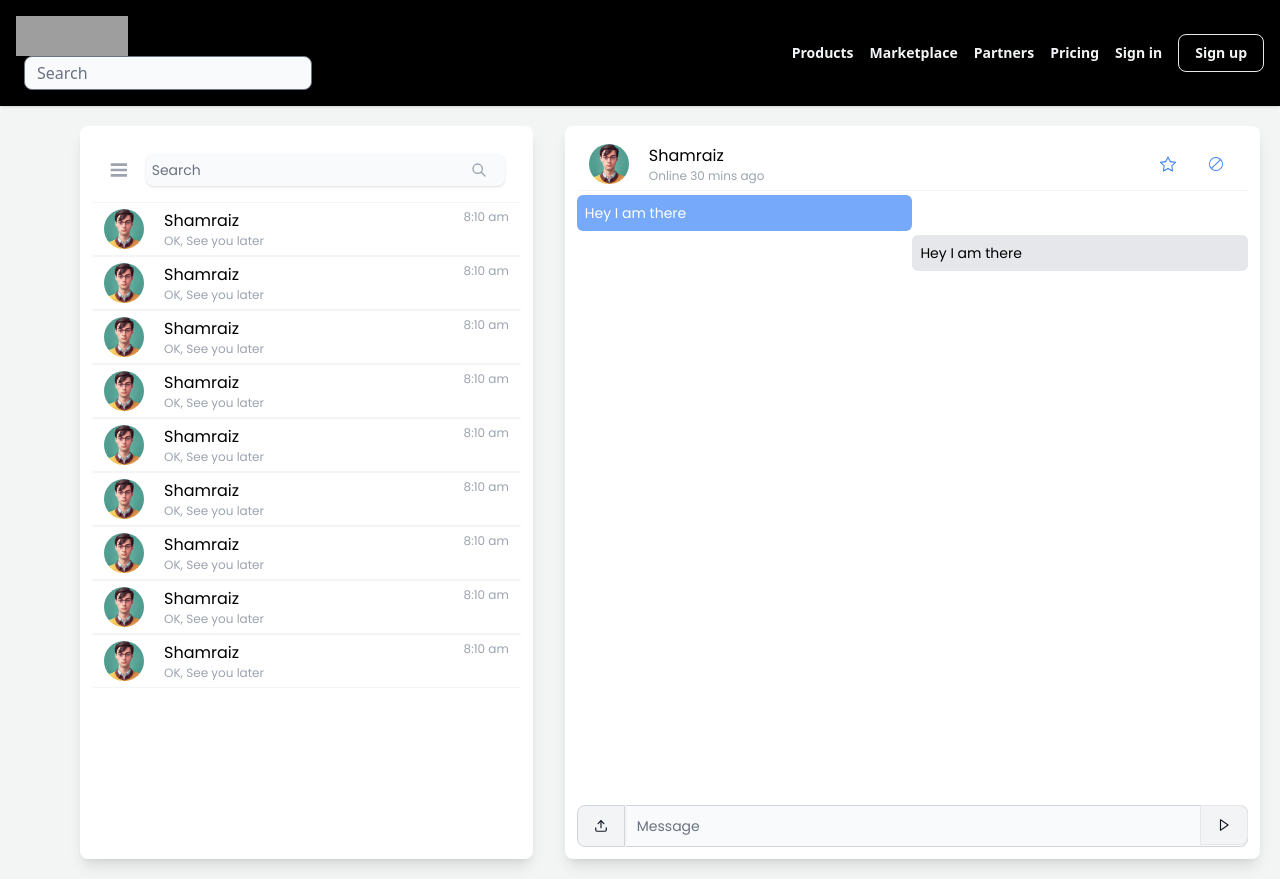
Repository: Shamraiz761/Frontend-Assessment
Page: /chat
The author's editor kept a copy of each file at every save. The page is drawn from the files as they stood at one save, then again after the next save.
The browser window is 1280 px wide. The pictures show the whole page.
Pictures or frames that could not be fetched are drawn as grey boxes. The project was rebuilt for these pictures with package versions that can differ from the ones it lists, and the page was loaded fresh each time. Also part of the build but not shown: vite.config.js, src/routes/index.css, src/routes/root.jsx, src/pages/orders/index.jsx, src/pages/submission/index.jsx, src/pages/admin/index.css, src/components/admin/card.jsx, src/components/admin/addCard.jsx and 4 more. Imported but missing from the stored project, and not drawn on this page: src/pages/auth/login, src/pages/tasks, src/routes/profileLayout.

Above is the page before, as saved 2023-07-06 13:56:09.

### src/main.jsx
import ReactDOM from 'react-dom/client'

import React from 'react'

import App from './App.jsx'
import './index.css'

ReactDOM.createRoot(document.getElementById('root')).render(
  <React.StrictMode>
    <App />
  </React.StrictMode>,
)

### src/App.jsx
import React from 'react'
import { DndProvider } from 'react-dnd'
import { HTML5Backend } from 'react-dnd-html5-backend'
import 'flowbite'

import AppRoutes from './routes'

export default function App() {
  return (
    <DndProvider backend={HTML5Backend}>
      <AppRoutes />
    </DndProvider>
  )
}

### src/index.css
@import url("https://fonts.googleapis.com/css2?family=Poppins:wght@400;500;600;700;800;900&display=swap");

@tailwind base;
@tailwind components;
@tailwind utilities;

* {
  margin: 0;
  padding: 0;
}

body {
  margin: 0;
  font-family: "Poppins", -apple-system, BlinkMacSystemFont, "Segoe UI",
    "Roboto", "Oxygen", "Ubuntu", "Cantarell", "Fira Sans", "Droid Sans",
    "Helvetica Neue", sans-serif;
  -webkit-font-smoothing: antialiased;
  -moz-osx-font-smoothing: grayscale;
  width: 100vw;
  overflow-x: hidden;
  background-color: #f2f5f3;
  /* background: linear-gradient(180deg, #faefe8 0%, #edc7ac 100%); */
}

code {
  font-family: source-code-pro, Menlo, Monaco, Consolas, "Courier New",
    monospace;
}

.pointer-cursor {
  cursor: pointer;
}

.cusBorder {
  border: 1px solid #000;
  border-radius: 5px;
}

img {
  cursor: pointer;
}
.errors {
  color: #dc3545;
  padding: 0;
  margin: 0;
  font-size: 12px;
}
.loader {
  position: fixed;
  top: 0;
  bottom: 0;
  left: 0;
  right: 0;
  background-color: rgba(47, 151, 161, 0.32);

  display: flex;
  justify-content: center;
  align-items: center;
}

.link {
  color: #000;
  cursor: pointer;
  text-decoration: none;
}
.link:hover {
  color: #000;
}

.trans-btn {
  background-color: transparent;
  border: none;
}
.profile-logout-btn {
  border: 0;
}
.profile-logout-btn:hover {
  border: 0;
}
.profile-btn {
  border-radius: 0;
  border: 0;
}
.logout-btn {
  border-radius: 0;
  border: 0;
}
.logout-btn:hover {
  background-color: rgba(220, 53, 69, 0.5);
  border: 0;
  color: #fff;
}
.breadcrumbs ul {
  list-style: none;
  display: inline-block;
}

.breadcrumbs ul li {
  display: inline;
}

.breadcrumbs ul li .bc-link {
  /* display: block; */
  width: max-content;
  background-color: #f8f9fa;
  padding: 6px 15px 6px 25px;
  text-align: center;
  position: relative;
  margin: 0 10px 0 0;
  font-size: 15px;
  text-decoration: none;
  color: #000;
}
.breadcrumbs ul li .bc-link::after {
  content: "";
  border-top: 17px solid transparent;
  border-bottom: 17px solid transparent;
  border-left: 17px solid #f8f9fa;
  position: absolute;
  top: 0;
  right: -17px;
  z-index: 1;
}
.breadcrumbs ul li .bc-link::before {
  content: "";
  border-top: 17px solid transparent;
  border-bottom: 17px solid transparent;
  border-left: 17px solid #71cdd5;
  position: absolute;
  top: 0;
  left: 0;
}
.breadcrumbs ul li:first-child .bc-link {
  border-top-left-radius: 5px;
  border-bottom-left-radius: 5px;
}
.breadcrumbs ul li:first-child .bc-link::before {
  display: none;
}

.breadcrumbs ul li:last-child .bc-link {
  padding-right: 20px;
  border-top-right-radius: 5px;
  border-bottom-right-radius: 5px;
}
.breadcrumbs ul li:last-child .bc-link::after {
  display: none;
}

@media screen and (max-width: 500px) {
  .breadcrumbs ul li .bc-link {
    /* display: block; */
    padding: 2px 2px 2px 13px;
    /* margin: 0 10px 0 0; */
    font-size: 14px;
  }

  .breadcrumbs ul li .bc-link::after {
    content: "";
    border-top: 11.6px solid transparent;
    border-bottom: 11.6px solid transparent;
    border-left: 11.6px solid #f8f9fa;
    position: absolute;
    top: 0;
    right: -11.6px;
    z-index: 1;
  }
  .breadcrumbs ul li .bc-link::before {
    content: "";
    border-top: 11.6px solid transparent;
    border-bottom: 11.6px solid transparent;
    border-left: 11.6px solid #71cdd5;
    position: absolute;
    top: 0;
    left: 0;
  }
  .breadcrumbs ul li:last-child .bc-link {
    padding-right: 5px;
  }
}

@media screen and (max-width: 350px) {
  .breadcrumbs ul li .bc-link {
    /* display: block; */
    padding: 2px 2px 2px 12px;
    /* margin: 0 10px 0 0; */
    font-size: 10px;
  }

  .breadcrumbs ul li .bc-link::after {
    content: "";
    border-top: 9px solid transparent;
    border-bottom: 9px solid transparent;
    border-left: 9px solid #f8f9fa;
    position: absolute;
    top: 0;
    right: -9px;
    z-index: 1;
  }
  .breadcrumbs ul li .bc-link::before {
    content: "";
    border-top: 9px solid transparent;
    border-bottom: 9px solid transparent;
    border-left: 9px solid #edc7ac;
    position: absolute;
    top: 0;
    left: 0;
  }
  .breadcrumbs ul li:last-child .bc-link {
    padding-right: 5px;
  }
}

/* ********************************************** */

### src/routes/index.jsx
import {
  createBrowserRouter,
  createRoutesFromElements,
  RouterProvider,
  Route,
} from "react-router-dom";

import * as React from "react";

import Layout from "./layout";
import Root from "./root";

import Login from "../pages/auth/login";
import Chat from "../pages/chat";
import UserChat from "../components/chat/userChat";
import ProfileLayout from "./profileLayout";
import Tasks from "../pages/tasks";
import Orders from "../pages/orders";
import Submission from "../pages/submission";
import Admin from "../pages/admin";
import MarketPlace from "../pages/marketplace";
import View from "../pages/view";

export default function AppRoutes() {
  const router = createBrowserRouter(
    createRoutesFromElements(
      <Route>
        <Route path="/login" element={<Login />} />

        <Route element={<Layout />}>
          <Route path="/chat" element={<Chat />}>
            <Route path="userchat" element={<UserChat />} />
          </Route>
          <Route path="/marketplace" element={<MarketPlace />} />
          <Route path="/view" element={<View />} />

          <Route path={"/"} element={<ProfileLayout />}>
            {/* Add Task order payment submit route here */}
            <Route path="/admin" element={<Admin />} />
            <Route path="/" element={<Tasks />} />
            <Route path="/orders" element={<Orders />} />
            <Route path="/tasks" element={<Tasks />} />
            <Route path="/submission" element={<Submission />} />
          </Route>
        </Route>
      </Route>
    )
  );

  return <RouterProvider router={router} />;
}

### src/routes/layout.jsx
import { Link, Outlet, useLocation, useNavigate } from "react-router-dom";
import { Gi3DGlasses } from "react-icons/gi";
import { CgProfile } from "react-icons/cg";
import { BsArrowLeft, BsFillChatSquareTextFill } from "react-icons/bs";
import { MdOutlineDashboard, MdOutlineCastForEducation } from "react-icons/md";
import "./index.css";

import React, { useState } from "react";
import Header from "../components/header/index";

export default function Layout() {
  const [open, setOpen] = useState(false);
  const [type, setType] = useState(false);
  const navigate = useNavigate();

  const { pathname } = useLocation();

  const sc =
    "rounded-md text-xs flex items-center gap-x-4 cursor-pointer bg-gray-50 text-blue-500 py-4 p-2";
  const uc =
    "rounded-md text-gray-500  text-xs flex items-center gap-x-4 cursor-pointer hover:bg-gray-50 hover:text-blue-500 py-4 p-2";

  return (
    <div>
      <Header />

      <div className={`${open ? "ml-56" : "ml-[60px]"}`}>
        <Outlet />
      </div>
    </div>
  );
}

### src/pages/chat/index.jsx
import { VscThreeBars } from "react-icons/vsc";

import React from "react";

import UserChat from "../../components/chat/userChat";
import ChatsCard from "../../components/chat/chatsCard";

function Chat() {
  return (
    <div className="m-5 grid grid-cols-1 md:grid-cols-5  gap-8 flex-wrap">
      <div className="col-span-1 md:col-span-2 p-3 bg-white rounded-lg shadow-lg min-h-screen">
        <form className="m-4">
          <div className="flex items-center">
            <VscThreeBars className=" mr-4   rounded-lg text-gray-400 cursor-pointer text-2xl" />
            <div className="relative w-full  ">
              <input
                type="search"
                id='location-search"'
                className=" p-1.5 w-full focus:ring-gray-300  z-20 text-sm text-gray-200 bg-gray-50 shadow rounded-lg"
                placeholder="Search"
                required
                style={{ border: "none", outline: "none" }}
              />

              <button
                type="submit"
                className="absolute top-0 right-0 p-1.5 text-sm font-medium text-gray-400  rounded-r-lg   "
              >
                <svg
                  aria-hidden="true"
                  className="w-4 h-4 mr-3 mt-0.5"
                  fill="none"
                  stroke="currentColor"
                  viewBox="0 0 24 24"
                  xmlns="http://www.w3.org/2000/svg"
                >
                  <path
                    strokeLinecap="round"
                    strokeLinejoin="round"
                    strokeWidth={2}
                    d="M21 21l-6-6m2-5a7 7 0 11-14 0 7 7 0 0114 0z"
                  />
                </svg>
                <span className="sr-only">Search</span>
              </button>
            </div>
          </div>
        </form>
        <ChatsCard />
        <ChatsCard />
        <ChatsCard />
        <ChatsCard />
        <ChatsCard />
        <ChatsCard />
        <ChatsCard />
        <ChatsCard />
        <ChatsCard />
      </div>

      <UserChat />
    </div>
  );
}

export default Chat;

### src/components/chat/userChat.jsx
import { VscCircleSlash } from "react-icons/vsc";
import { BsStar } from "react-icons/bs";
import { FiUpload } from "react-icons/fi";
import { BiRightArrow } from "react-icons/bi";

import React from "react";

import Profile from "../../assets/images/profilePic.jpg";

function UserChat() {
  return (
    <div className="col-span-1 md:col-span-3 p-3  bg-white rounded-lg shadow-lg overflow-y">
      {" "}
      <div className="flex flex-row  px-3 py-1.5  border-b border-gray-100 rounded-sm ">
        <img src={Profile} className="h-10 w-10 rounded-full" />
        <div className="ml-5 flex flex-row justify-between w-full ">
          <div>
            {" "}
            <h1>Shamraiz</h1>{" "}
            <p className="text-xs font-thin text-gray-400">
              Online 30 mins ago
            </p>
          </div>
          <div className="flex flex-row items-center">
            <BsStar className="text-blue-500 mr-8" />
            <VscCircleSlash className="text-blue-500 mr-3" />
          </div>
        </div>
      </div>
      <div className="chats ">
        <p className="text-sm bg-blue-400 rounded-md my-1 p-2 text-white flex flex-col  justify-end w-1/2">
          Hey I am there
        </p>

        <p className="text-sm bg-gray-200 rounded-md p-2  flex flex-col float-right justify-end w-1/2">
          Hey I am there
        </p>
      </div>
      <div
        className="flex flex-col w-full  justify-end "
        style={{ height: "80vh" }}
      >
        <form className=" ">
          <div className="flex">
            <button
              id="dropdown-button"
              data-dropdown-toggle="dropdown"
              className="flex-shrink-0 z-10 inline-flex items-center py-2.5 px-4 text-sm font-medium text-center text-gray-900 bg-gray-100 border border-gray-300 dark:border-gray-700 dark:text-white rounded-l-lg hover:bg-gray-200  focus:outline-none "
              type="button"
            >
              <FiUpload />
            </button>
            <div
              id="dropdown"
              className="z-10 hidden bg-white divide-y divide-gray-100 rounded-lg shadow w-44 dark:bg-gray-700"
            >
              <ul
                className="py-2 text-sm text-gray-700 dark:text-gray-200"
                aria-labelledby="dropdown-button"
              >
                <li>
                  <a
                    href="#"
                    className="block px-4 py-2 hover:bg-gray-100 dark:hover:bg-gray-600 dark:hover:text-white"
                  >
                    Photo
                  </a>
                </li>
                <li>
                  <a
                    href="#"
                    className="block px-4 py-2 hover:bg-gray-100 dark:hover:bg-gray-600 dark:hover:text-white"
                  >
                    Vedio
                  </a>
                </li>
                <li>
                  <a
                    href="#"
                    className="block px-4 py-2 hover:bg-gray-100 dark:hover:bg-gray-600 dark:hover:text-white"
                  >
                    Document
                  </a>
                </li>
                <li>
                  <a
                    href="#"
                    className="block px-4 py-2 hover:bg-gray-100 dark:hover:bg-gray-600 dark:hover:text-white"
                  >
                    Finance
                  </a>
                </li>
              </ul>
            </div>
            <div className="relative w-full">
              <input
                type="search"
                id="search-dropdown"
                className="block p-2.5 w-full z-20 text-sm text-gray-900 bg-gray-50 rounded-r-lg border-l-gray-100 border-l-2 border border-gray-300 focus:ring-blue-500 focus:border-blue-500 dark:bg-gray-700 dark:border-gray-600 dark:placeholder-gray-400 dark:text-white dark:focus:border-blue-500"
                placeholder="Message"
              />
              <button
                type="submit"
                className="absolute top-0 right-0 z-10 py-3 px-4 text-sm font-medium text-gray-900 bg-gray-100 rounded-r-lg border "
              >
                <BiRightArrow />
              </button>
            </div>
          </div>
        </form>
      </div>
    </div>
  );
}

export default UserChat;

### src/components/header/index.jsx
import { IoIosNotifications } from "react-icons/io";
import { Dropdown } from "flowbite-react";
import { CgProfile } from "react-icons/cg";

import React from "react";
import { Link } from "react-router-dom";

function Header() {
  const [notification, setNotification] = React.useState(false);
  const [profile, setProfile] = React.useState(false);

  return (
    <div>
      {/* component */}

      <div class="bg-gray-100 font-sans w-full  m-0">
        <div class="bg-black text-white shadow">
          <div class="container mx-auto px-4">
            <div class="flex items-center justify-between py-4">
              <div>
                <img
                  src="https://envoycan.com/wp-content/uploads/2023/06/Asset-31@4x-e1686576126889.png"
                  class="w-28 h-10 text-white"
                  viewBox="0 0 24 24"
                />

                <div className="hidden sm:block flex-shrink flex-grow-0 justify-start px-2">
                  <div className="inline-block">
                    <div className="inline-flex items-center max-w-full">
                      <input
                        className="flex items-center text-gray-400 bg-slate-50 justify-between  flex-grow-0  relative w-72 border rounded-lg  py-1"
                        type="search"
                        placeholder="Search"
                      />

                      <div className="flex items-center justify-center relative  h-8 w-24 rounded-full"></div>
                    </div>
                  </div>
                </div>
              </div>

              <div className="flex flex-row">
                <div class="hidden sm:flex sm:items-center mr-4">
                  <a
                    href="#"
                    class="text-gray-100 text-sm font-semibold hover:text-purple-600 mr-4"
                  >
                    Products
                  </a>
                  <a
                    href="#"
                    class="text-gray-100 text-sm font-semibold hover:text-purple-600 mr-4"
                  >
                    Marketplace
                  </a>
                  <a
                    href="#"
                    class="text-gray-100 text-sm font-semibold hover:text-purple-600 mr-4"
                  >
                    Partners
                  </a>
                  <a
                    href="#"
                    class="text-gray-100 text-sm font-semibold hover:text-purple-600"
                  >
                    Pricing
                  </a>
                </div>

                <div class="hidden sm:flex sm:items-center">
                  <a
                    href="#"
                    class="text-gray-100 text-sm font-semibold hover:text-purple-600 mr-4"
                  >
                    Sign in
                  </a>
                  <a
                    href="#"
                    class="text-gray-100 text-sm font-semibold border px-4 py-2 rounded-lg hover:text-purple-600 hover:border-purple-600"
                  >
                    Sign up
                  </a>
                </div>
              </div>
              <div class="sm:hidden cursor-pointer">
                <svg
                  xmlns="http://www.w3.org/2000/svg"
                  class="w-6 h-6 text-purple-600"
                  viewBox="0 0 24 24"
                >
                  <path
                    fill="currentColor"
                    d="M12.9499909,17 C12.7183558,18.1411202 11.709479,19 10.5,19 C9.29052104,19 8.28164422,18.1411202 8.05000906,17 L3.5,17 C3.22385763,17 3,16.7761424 3,16.5 C3,16.2238576 3.22385763,16 3.5,16 L8.05000906,16 C8.28164422,14.8588798 9.29052104,14 10.5,14 C11.709479,14 12.7183558,14.8588798 12.9499909,16 L20.5,16 C20.7761424,16 21,16.2238576 21,16.5 C21,16.7761424 20.7761424,17 20.5,17 L12.9499909,17 Z M18.9499909,12 C18.7183558,13.1411202 17.709479,14 16.5,14 C15.290521,14 14.2816442,13.1411202 14.0500091,12 L3.5,12 C3.22385763,12 3,11.7761424 3,11.5 C3,11.2238576 3.22385763,11 3.5,11 L14.0500091,11 C14.2816442,9.85887984 15.290521,9 16.5,9 C17.709479,9 18.7183558,9.85887984 18.9499909,11 L20.5,11 C20.7761424,11 21,11.2238576 21,11.5 C21,11.7761424 20.7761424,12 20.5,12 L18.9499909,12 Z M9.94999094,7 C9.71835578,8.14112016 8.70947896,9 7.5,9 C6.29052104,9 5.28164422,8.14112016 5.05000906,7 L3.5,7 C3.22385763,7 3,6.77614237 3,6.5 C3,6.22385763 3.22385763,6 3.5,6 L5.05000906,6 C5.28164422,4.85887984 6.29052104,4 7.5,4 C8.70947896,4 9.71835578,4.85887984 9.94999094,6 L20.5,6 C20.7761424,6 21,6.22385763 21,6.5 C21,6.77614237 20.7761424,7 20.5,7 L9.94999094,7 Z M7.5,8 C8.32842712,8 9,7.32842712 9,6.5 C9,5.67157288 8.32842712,5 7.5,5 C6.67157288,5 6,5.67157288 6,6.5 C6,7.32842712 6.67157288,8 7.5,8 Z M16.5,13 C17.3284271,13 18,12.3284271 18,11.5 C18,10.6715729 17.3284271,10 16.5,10 C15.6715729,10 15,10.6715729 15,11.5 C15,12.3284271 15.6715729,13 16.5,13 Z M10.5,18 C11.3284271,18 12,17.3284271 12,16.5 C12,15.6715729 11.3284271,15 10.5,15 C9.67157288,15 9,15.6715729 9,16.5 C9,17.3284271 9.67157288,18 10.5,18 Z"
                  />
                </svg>
              </div>
            </div>

            <div class="block sm:hidden bg-white border-t-2 py-2">
              <div class="flex flex-col">
                <a
                  href="#"
                  class="text-gray-100 text-sm font-semibold hover:text-purple-600 mb-1"
                >
                  Products
                </a>
                <a
                  href="#"
                  class="text-gray-100 text-sm font-semibold hover:text-purple-600 mb-1"
                >
                  Marketplace
                </a>
                <a
                  href="#"
                  class="text-gray-100 text-sm font-semibold hover:text-purple-600 mb-1"
                >
                  Partners
                </a>
                <a
                  href="#"
                  class="text-gray-100 text-sm font-semibold hover:text-purple-600 mb-1"
                >
                  Pricing
                </a>
                <div class="flex justify-between items-center border-t-2 pt-2">
                  <a
                    href="#"
                    class="text-gray-100 text-sm font-semibold hover:text-purple-600 mr-4"
                  >
                    Sign in
                  </a>
                  <a
                    href="#"
                    class="text-gray-100 text-sm font-semibold border px-4 py-1 rounded-lg hover:text-purple-600 hover:border-purple-600"
                  >
                    Sign up
                  </a>
                </div>
              </div>
            </div>
          </div>
        </div>
      </div>
    </div>
  );
}

export default Header;

### src/components/chat/chatsCard.jsx
import React from "react";

import Profile from "../../assets/images/profilePic.jpg";

function ChatsCard() {
  return (
    <div className="flex flex-row px-3 py-1.5  border-y border-gray-100 rounded-sm hover:bg-blue-200">
      <img src={Profile} className="h-10 w-10 rounded-full" />
      <div className="ml-5 flex flex-row justify-between w-full ">
        <div>
          {" "}
          <h1>Shamraiz</h1>{" "}
          <p className="text-xs font-thin text-gray-400">OK, See you later</p>
        </div>
        <p className="text-xs font-thin text-gray-400">8:10 am</p>
      </div>
    </div>
  );
}

export default ChatsCard;

### tailwind.config.cjs
const colors = require('tailwindcss/colors');
const defaultTheme = require('tailwindcss/defaultTheme');

module.exports = {
  content: ['./src/**/*.{js,jsx,ts,tsx}', "node_modules/flowbite/**/*.js"],
  theme: {
    extend: {
      colors: {
        // set primary color from figma
        // primary: {
        // },
      },
      fontFamily: {
        poppins: ['Poppins', ...defaultTheme.fontFamily.sans],
      },
      fontSize: {
        xxs: '0.5rem',
      },
    },
  },
  plugins: [
    require('flowbite/plugin')
  ],

};

Loaded but not shown: index.html (common file)

After the next save:
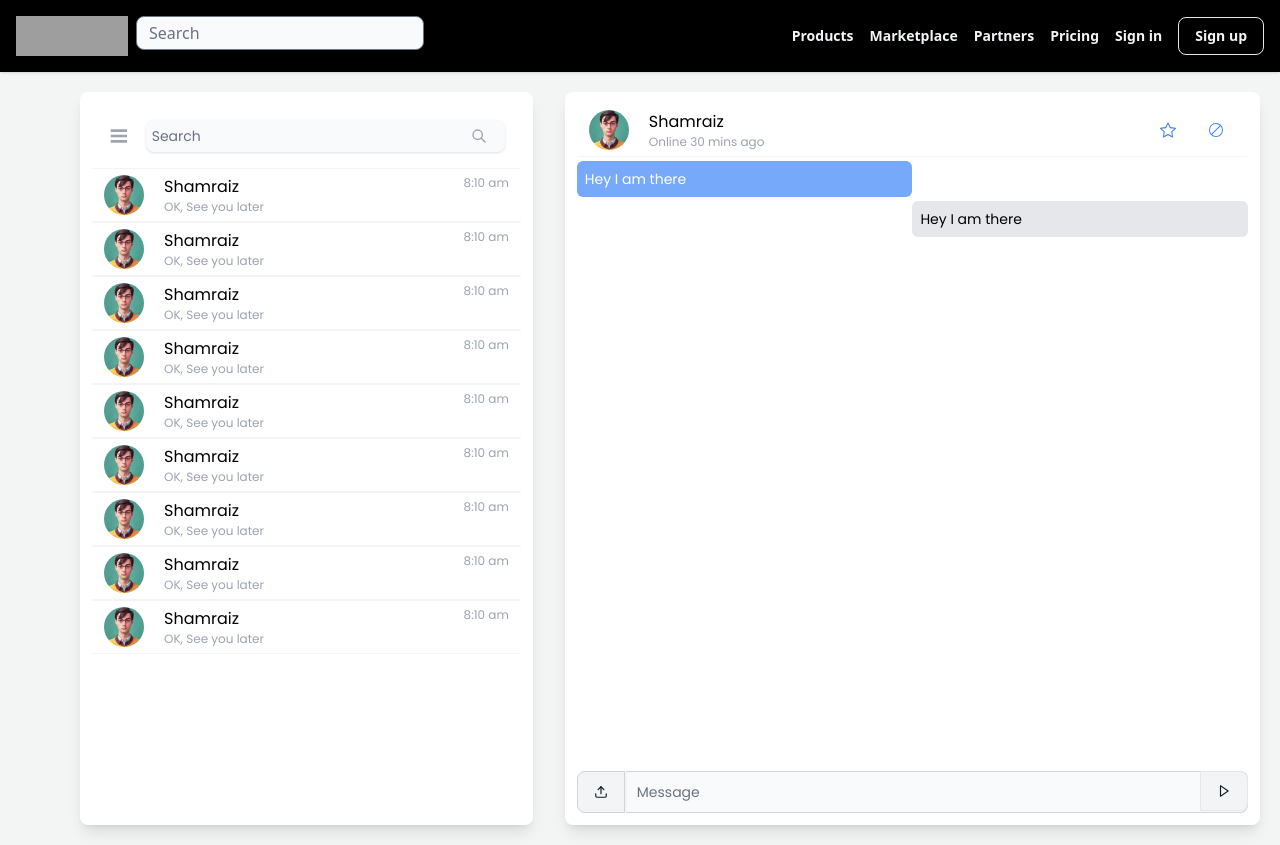
Saved 30 s later.
--- a/src/components/header/index.jsx
+++ b/src/components/header/index.jsx
@@ -17,7 +17,7 @@ function Header() {
         <div class="bg-black text-white shadow">
           <div class="container mx-auto px-4">
             <div class="flex items-center justify-between py-4">
-              <div>
+              <div className="flex flex-row justify-between">
                 <img
                   src="https://envoycan.com/wp-content/uploads/2023/06/Asset-31@4x-e1686576126889.png"
                   class="w-28 h-10 text-white"
